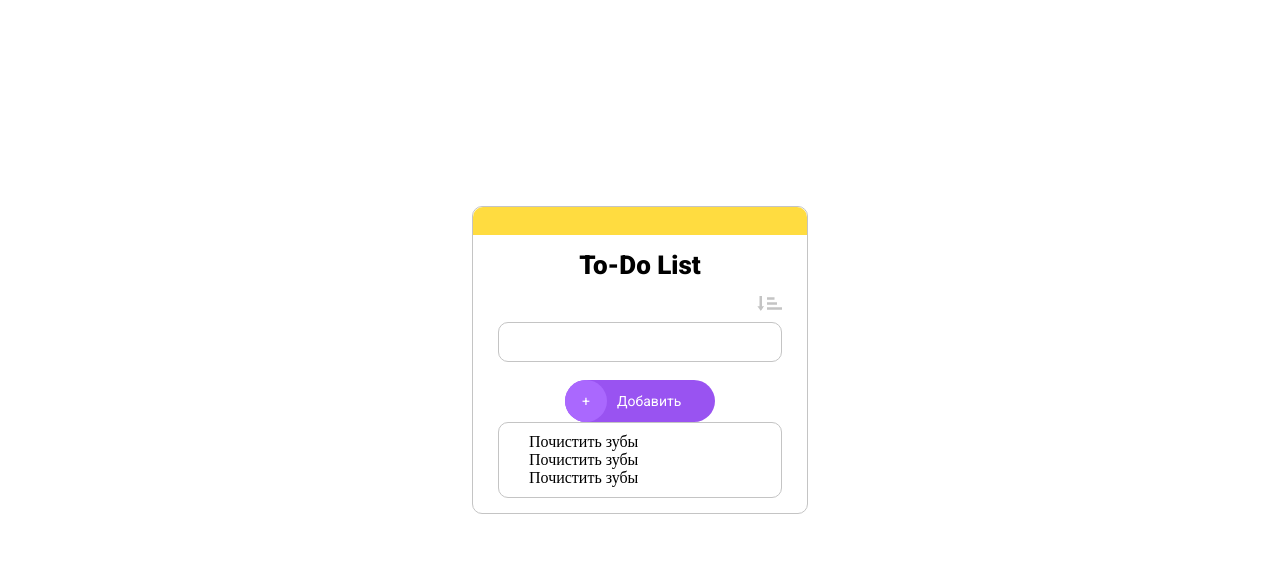
Repository: PoladEziz/Task-15
Page: index.html
These files come from the project's save history. The page is drawn as it stood at one moment and after a run of saves; the edit follows.
The browser window is 1280 px wide. The pictures show the whole page.
The style sheet was rebuilt from its Sass, Less or Tailwind sources for each picture, by a compiler version that may differ from the author's.

Above is the page before, as saved 2023-08-10 15:50:13.

### index.html
<!DOCTYPE html>
<html lang="en">
<head>
    <meta charset="UTF-8">
    <meta name="viewport" content="width=device-width, initial-scale=1.0">
    <title>Document</title>
    <link rel="stylesheet" href="./index.css">
</head>
<body>
    <div class="main">
        <div class="box">
            <div class="box-top"></div>
            <div class="box-bottom">
                <h1>To-Do List</h1>
                <form action="">
                    <img src="./img/Group 38 (1).png" alt="">
                    <input type="text">
                    <button><div>+</div><p>Добавить</p></button>

                </form>
                <ul>
                    <li>
                        <p>Почистить зубы</p>
                    </li>
                    <li>
                        <p>Почистить зубы</p>
                    </li>
                    <li>
                        <p>Почистить зубы</p>
                    </li>
                </ul>

            </div>
        </div>
    </div>

</body>
<script src="./index.js"></script>
</html>

### index.scss
@import url("https://fonts.googleapis.com/css2?family=Roboto:wght@400;900&display=swap");
* {
  margin: 0;
  padding: 0;
  box-sizing: border-box;
}
.main {
  width: 100%;
  height: 100vh;
  display: flex;
  align-items: center;
  justify-content: center;
  .box {
    width: 336px;
    /* min-height: 236px; */
    border-radius: 10px;
    border: 1px solid #c4c4c4;
    background: rgba(196, 196, 196, 0);
    .box-top {
      width: 100%;
      height: 28px;
      background-color: #ffdc40;
      border-top-left-radius: 10px;
      border-top-right-radius: 10px;
    }
    .box-bottom {
      width: 100%;
      padding: 15px 25px;

      h1 {
        margin-bottom: 16px;
        color: #000;
        text-align: center;
        font-family: Roboto;
        font-size: 26px;
        font-style: normal;
        font-weight: 900;
        line-height: normal;
        text-transform: capitalize;
      }
      form {
        display: flex;
        flex-direction: column;
        align-items: center;
        img {
          width: 25px;
          height: 15px;
          margin-left: auto;
          margin-bottom: 11px;
        }
        input {
          width: 100%;
          height: 40px;
          margin-bottom: 18px;
          border-radius: 10px;
          border: 1px solid #c4c4c4;
          background: rgba(196, 196, 196, 0);
          color: #000;
          font-family: Roboto;
          font-size: 14px;
          font-style: normal;
          font-weight: 400;
          line-height: normal;
        }
        button {
          width: 150px;
          height: 42px;
          background-color: #9953f1;
          border: none;
          border-radius: 71px;
          display: flex;
          align-items: center;
          p {
            margin-left: 10px;
            color: #ffff;
            text-align: center;
            font-family: Roboto;
            font-size: 14px;
            font-style: normal;
            font-weight: 400;
            line-height: normal;
          }
          div {
            width: 42px;
            height: 42px;
            border-radius: 50%;
            display: flex;
            align-items: center;
            justify-content: center;
            color: #fff;
            text-align: center;
            font-family: Roboto;
            font-size: 14px;
            font-style: normal;
            font-weight: 400;
            line-height: normal;
            background-color: #aa68fe;
          }
        }
      }
      ul {
        padding: 10px 30px;
        border-radius: 10px;
        border: 1px solid #c4c4c4;
        background: rgba(196, 196, 196, 0);

        li {
          list-style-type: none;
        }
      }
    }
  }
}

Loaded but not shown: index.js (no stored copy; drawn as an empty file)

After the next 2 saves:
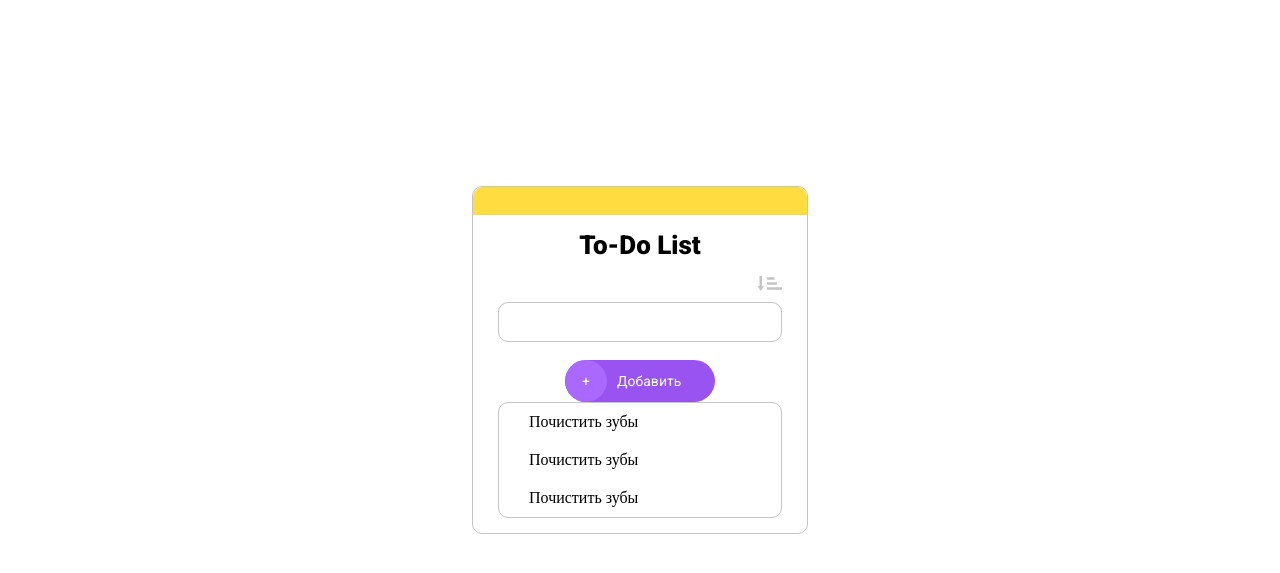
The 2 saves are shown as one change because 1 did not build or start.
The last was saved 18 s later.
--- a/index.scss
+++ b/index.scss
@@ -103,7 +103,9 @@
         border-radius: 10px;
         border: 1px solid #c4c4c4;
         background: rgba(196, 196, 196, 0);
-
+        display: flex;
+        flex-direction: column;
+        gap: 20px;
         li {
           list-style-type: none;
         }
